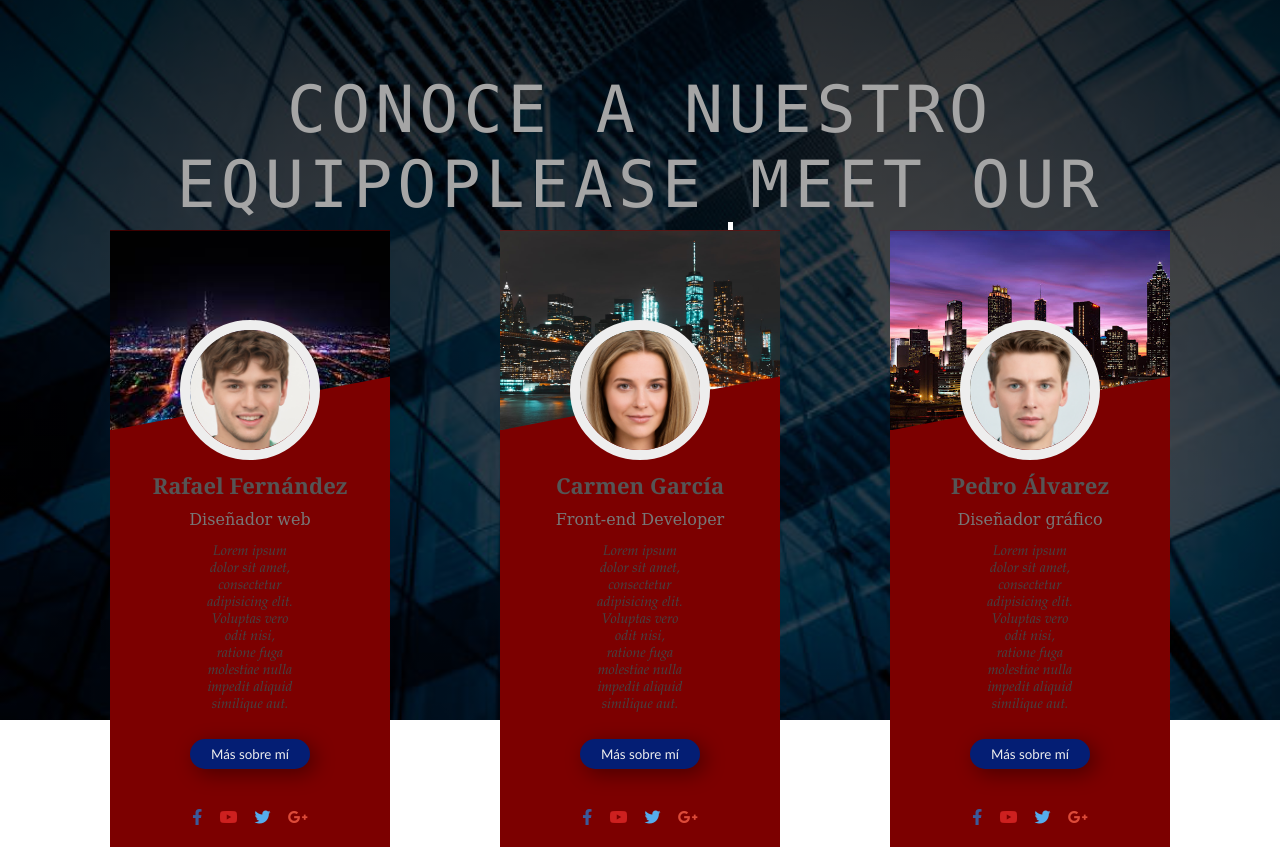
Repository: RaquelAlvarezz/Ejercicios-FormawebIV
Page: Equipo/index.html
The author's editor kept a copy of each file at every save. The page is drawn from the files as they stood at one save, then again after the next save.
The browser window is 1280 px wide. The pictures show the whole page.

Above is the page before, as saved 2021-11-23 14:52:05.

### Equipo/index.html
<!DOCTYPE html>
<html lang="es">
<head>
  <meta charset="UTF-8">
  <meta http-equiv="X-UA-Compatible" content="IE=edge">
  <meta name="viewport" content="width=device-width, initial-scale=1.0">
  <title>Tarjetas equipo</title>
  <link rel="stylesheet" href="css/styles.css">
  <link rel="stylesheet" href="https://use.fontawesome.com/releases/v5.15.0/css/all.css" integrity="sha384-OLYO0LymqQ+uHXELyx93kblK5YIS3B2ZfLGBmsJaUyor7CpMTBsahDHByqSuWW+q" crossorigin="anonymous">
  <link rel="icon" href="https://w7.pngwing.com/pngs/506/152/png-transparent-computer-icons-teamwork-teamwork-miscellaneous-hand-logo-thumbnail.png">
</head>
<body cz-shortcut-listen="true">
	<div class="container">
		<div class="heading">Conoce a nuestro equipo</div>
		<div class="cards-wrapper">
			<div class="card">
				<img src="img/descarga.jpg" class="image-top" alt="">
				<img src="img/Rafa.jpg" class="profile-image" alt="">
				<h1 class="fullname">Rafael Fernández</h1>
				<p class="job">Diseñador web</p>
				<p class="about-me">Lorem ipsum dolor sit amet, consectetur adipisicing elit. Voluptas vero odit nisi, ratione fuga molestiae nulla impedit aliquid similique aut.</p>
				<button type="button">Más sobre mí</button>
				<ul class="social-icons">
					<li><a href="#"><i class="fab fa-facebook-f"></i></a></li>
					<li><a href="#"><i class="fab fa-youtube"></i></a></li>
					<li><a href="#"><i class="fab fa-twitter"></i></a></li>
					<li><a href="#"><i class="fab fa-google-plus-g"></i></a></li>
				</ul>
			</div>
			<div class="card">
				<img src="img/photo-1500632907344-a073709b2448.jpg" class="image-top" alt="">
				<img src="img/Carmen.jpg" class="profile-image" alt="">
				<h1 class="fullname">Carmen García</h1>
				<p class="job">Front-end Developer</p>
				<p class="about-me">Lorem ipsum dolor sit amet, consectetur adipisicing elit. Voluptas vero odit nisi, ratione fuga molestiae nulla impedit aliquid similique aut.</p>
				<button type="button">Más sobre mí</button>
				<ul class="social-icons">
					<li><a href="#"><i class="fab fa-facebook-f"></i></a></li>
					<li><a href="#"><i class="fab fa-youtube"></i></a></li>
					<li><a href="#"><i class="fab fa-twitter"></i></a></li>
					<li><a href="#"><i class="fab fa-google-plus-g"></i></a></li>
				</ul>
			</div>
			<div class="card">
				<img src="img/unnamed.jpg" class="image-top" alt="">
				<img src="img/Pedro.jpg" class="profile-image" alt="">
				<h1 class="fullname">Pedro Álvarez</h1>
				<p class="job">Diseñador gráfico</p>
				<p class="about-me">Lorem ipsum dolor sit amet, consectetur adipisicing elit. Voluptas vero odit nisi, ratione fuga molestiae nulla impedit aliquid similique aut.</p>
				<button type="button">Más sobre mí</button>
				<ul class="social-icons">
					<li><a href="#"><i class="fab fa-facebook-f"></i></a></li>
					<li><a href="#"><i class="fab fa-youtube"></i></a></li>
					<li><a href="#"><i class="fab fa-twitter"></i></a></li>
					<li><a href="#"><i class="fab fa-google-plus-g"></i></a></li>
				</ul>
			</div>
		</div>
	</div>
	<script src="js/script.js"></script>
</body>
</html>

### Equipo/css/styles.css
@charset "utf-8";
/* CSS Document */

*{
	margin: 0;
	padding: 0;
}

.container{
	width: 100%;
	height: 100vh;
	background: linear-gradient(rgb(0, 0, 0, .8), rgba(0, 0, 0, .6)), url("/Equipo/img/istockphoto-902746420-612x612.jpg") center no-repeat;
	background-size: cover;
}

.heading{
	color: rgb(165, 165, 165);
	font-size: 70px;
	position: absolute;
	top: 10%;
	left: 50%;
	transform:  translateX(-50%);
	font-family: Consolas, "Andale Mono", "Lucida Console", "Lucida Sans Typewriter", Monaco, "Courier New", "monospace";
	text-transform: uppercase;
	letter-spacing: 5px;
	text-align: center;
	white-space: pre-wrap;
}

.heading::after{
	content: '';
	width: 5px;
	height: 55px;
	background-color: #fff;
	position: absolute;
	animation: blinking 1s 3s infinite;
}

@keyframes blinking{
	0%{background-color: #FFFFFF}
	50%{background-color: transparent}
	100%{background-color: #fff}
}

.cards-wrapper{
	width: 80%;
	display: flex;
	justify-content: space-evenly;
	position: relative;
	top: 35%;
	left: 50%;
	transform: translateX(-50%);
}

.card{
	width:  280px;
	background-color: rgb(124, 0, 0);
	display: flex;
	flex-direction: column;
	align-items: center;
	justify-content: space-evenly;
	transition: transform .5s;
}

@keyframes cardAnim{
	0%{opacity: 0}
	100%{opacity: 1}
}

.card:nth-child(1){
	animtion: cardAnim 2s 3s backwards;
}

.card:nth-child(2){
	animtion: cardAnim 2s 3.5s backwards;
}

.card:nth-child(3){
	animtion: cardAnim 2s 4s backwards;
}

.card:hover{
	transform: scale(1.1);
}

.image-top{
	width: 100%;
	height: 220px;
	object-fit: cover;
	-webkit-clip-path: polygon(0 0, 100% 0, 100% 73%, 0% 100%);
	clip-path: polygon(0 0, 100% 0, 100% 73%, 0% 100%);
}

.profile-image{
	width: 120px;
	height: 120px;
	object-fit: cover;
	border-radius: 50%;
	margin-top: -110px;
	z-index: 10;
	border: 10px solid #eee;
}

.card h1{
	font-family: Cambria, "Hoefler Text", "Liberation Serif", Times, "Times New Roman", "serif";
	font-size: 22px;
	color: #555;
	margin: 10px;
}

.job{
	font-family: Constantia, "Lucida Bright", "DejaVu Serif", Georgia, "serif";
	color: #777;
	font-weight: 300;
}

.about-me{
	font-family: Baskerville, "Palatino Linotype", Palatino, "Century Schoolbook L", "Times New Roman", "serif";
	font-size: 14px;
	width: 90px;
	margin: 15px 0;
	font-style: italic;
	color: #444;
	text-align: center;
}

.card button{
	width: 120px;
	padding: 7px;
	margin: 10px 0;
	background-color: rgb(4, 30, 116);
	border: none;
	outline: none;
	border-radius: 25px;
	font-family: "Gill Sans", "Gill Sans MT", "Myriad Pro", "DejaVu Sans Condensed", Helvetica, Arial, "sans-serif";
	color: #eee;
	box-shadow: 5px 5px 20px rgba(0, 0, 0, .4);
}

.card:hover button{
	animation: buttonRotation 2s 1s linear;
}

@keyframes buttonRotation{
	0% {transform: scale(1) rotateZ(0)}
    5% {transform: scale(1.2) rotateZ(5deg)}
    10% {transform: scale(1.2) rotateZ(-5deg)}
    15% {transform: scale(1.2) rotateZ(5deg)}
    20% {transform: scale(1.2) rotateZ(-5deg)}
    25% {transform: scale(1.2) rotateZ(5deg)}
    30% {transform: scale(1.2) rotateZ(-5deg)}
    35% {transform: scale(1.2) rotateZ(5deg)}
    40% {transform: scale(1.2) rotateZ(-5deg)}
    45% {transform: scale(1.2) rotateZ(5deg)}
    50% {transform: scale(1.2) rotateZ(-5deg)}
    55% {transform: scale(1.2) rotateZ(5deg)}
    60% {transform: scale(1.2) rotateZ(-5deg)}
    65% {transform: scale(1.2) rotateZ(5deg)}
    70% {transform: scale(1.2) rotateZ(-5deg)}
    75% {transform: scale(1.2) rotateZ(5deg)}
    80% {transform: scale(1.2) rotateZ(-5deg)}
    85% {transform: scale(1.2) rotateZ(5deg)}
    90% {transform: scale(1.2) rotateZ(-5deg)}
    95% {transform: scale(1.2) rotateZ(5deg)}
    100% {transform: scale(1) rotateZ(0)}
}

.social-icons{
	width: 150px;
	list-style: none;
	display: flex;
	justify-content: space-evenly;
	margin: 10px 0 20px 0;
	boder-top: 1px solid #999;
	padding-top: 20px;
}

.fa-facebook-f{
	color: #3b5999;
}

.fa-youtube{
	color: #cd201f;
}

.fa-twitter{
	color: #55acee;
}

.fa-google-plus-g{
	color: #dd4b39;
}

@media(max-width: 1300px){
	.heading{
		font-size: 65px;
		width: 80%;
	}
	.cards-wrapper{
		width: 100%;
		top: 32%;
	}
	.image-top{
		height: 200px;
	}
}

@media(max-width: 1000px){
	.container{
		height: 100%;
	}
	.heading{
		width: 90%;
	}
	.cards-wrapper{
		flex-wrap: wrap;
		padding:300px 0 200px 0;
	}
	.card{
		margin: 0 30px 50px 30px;
	}
}

@media(max-width: 700px){
	.heading{
		font-size: 50px;
	}
	.heading::after{
		height: 40px;
	}
}

@media(max-width: 450px){
	.heading{
		font-size: 40px;
	}
	.heading::after{
		height: 33px;
	}
	.cards-wrapper{
		padding: 25px 0 150px 0;
	}
}

### Equipo/js/script.js
// JavaScript Document
const heading = 'Please Meet Our Team';
let i = 0;

const typing = () => {
	if(i < heading.length){
		document.querySelector('.heading').innerHTML += heading.charAt(i);
		i++;

		setTimeout(typing, 150);
	}
}

typing();

After the next save:
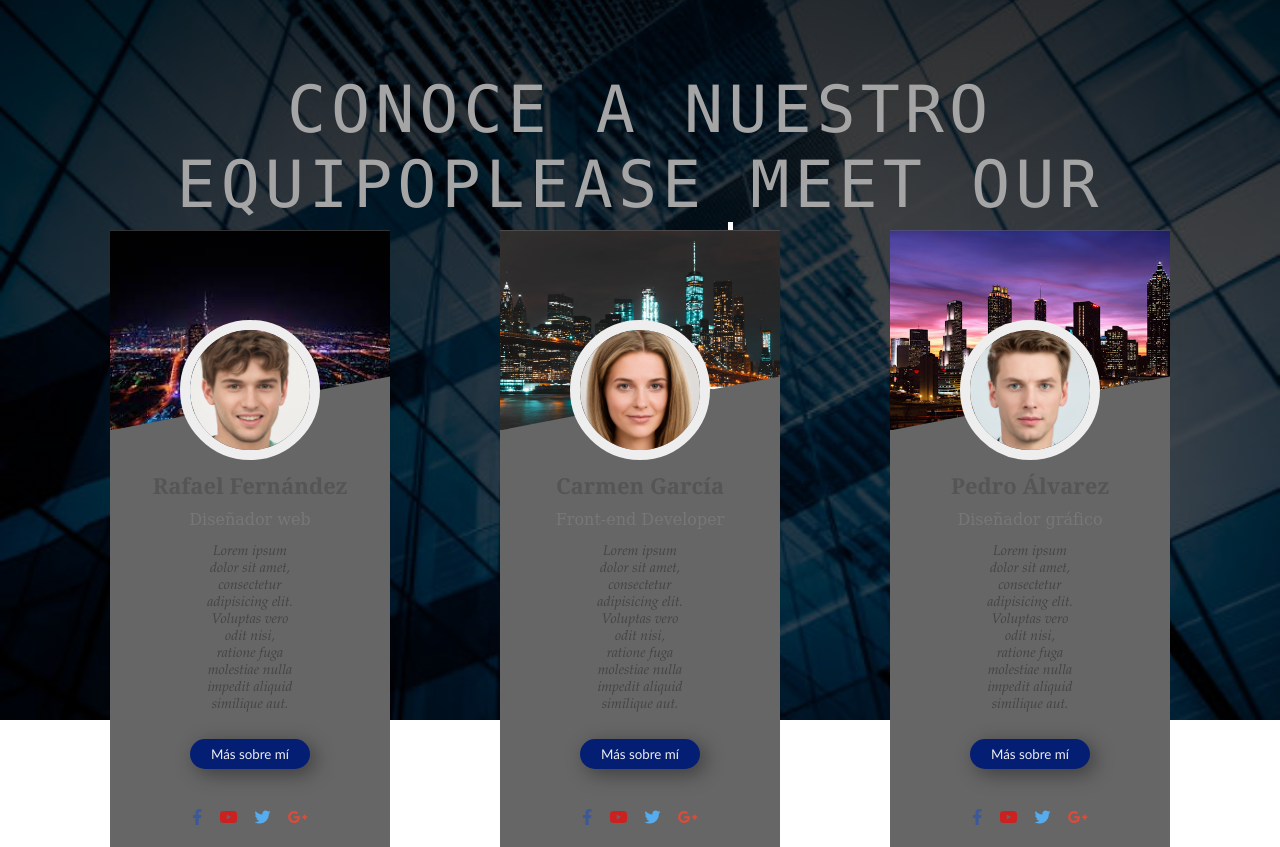
Saved 8 s later.
--- a/Equipo/css/styles.css
+++ b/Equipo/css/styles.css
@@ -54,7 +54,7 @@
 
 .card{
 	width:  280px;
-	background-color: rgb(124, 0, 0);
+	background-color: rgb(102, 102, 102);
 	display: flex;
 	flex-direction: column;
 	align-items: center;
